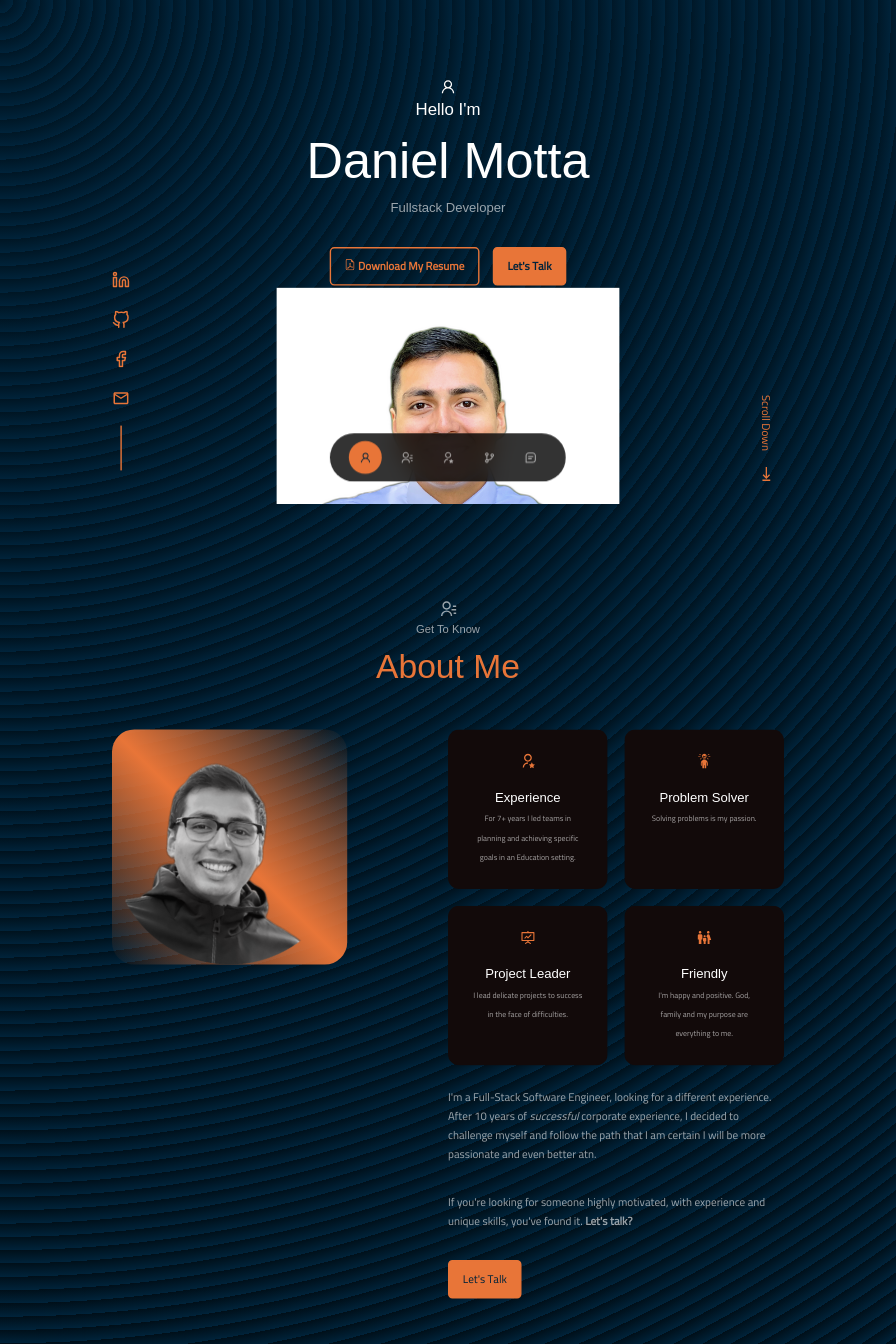
Repository: mottad14/dani_portfolio
Page: /
An editor plug-in stored every save of this project. The page is shown before and after the next save, followed by the edit.
The browser window is 1280 px wide. The pictures show the part of the page from y = 0 to 1920 px (the page is 5406 px tall), at 70% of full size.
The project was rebuilt for these pictures with package versions that can differ from the ones it lists, and the page was loaded fresh each time. Also part of the build but not shown: src/components/services/services.css, src/components/services/Services.jsx, src/components/testimonials/testimonials.css. Imported but missing from the stored project, and not drawn on this page: src/components/assets/cv.pdf.

Above is the page before, as saved 2022-08-17 14:44:02.

### src/index.css
@import url('https://fonts.googleapis.com/css2?family=Cairo&display=swap');

* {
  font-family: 'Cairo', sans-serif;
  margin: 0;
  padding: 0;
  border: 0;
  outline: 0;
  box-sizing: border-box;
  list-style: none;
  text-decoration: none;
}

:root {
  --color-bg: #00233A;
  --color-bg-variant: #120a0a;
  --color-primary: #E87538;
  --color-primary-variant: #ee9a6d;
  --color-white: #fff;
  --color-light: rgba(255, 255, 255, 0.6);

  --transition: all 400ms ease;

  --container-width-lg: 75%;
  --container-width-md: 86%;
  --container-width-sm: 90%;
}

html {
  scroll-behavior: smooth;
}

::-webkit-scrollbar {
  display: none;
}

body {
  font-family: 'Cairo', sans-serif;
  color: var(--color-white);
  line-height: 1.7;
  /* background: var(--color-bg);
  background-image: url(../src/assets/bg-texture.png); */
  /* background-color: #023047; */
  /* background-image: url("data:[embedded picture, 4668 characters]");
background-attachment: fixed;
background-size: cover; */
  /* background-color: #023047;
  background-image: url("data:[embedded picture, 4246 characters]");
  background-attachment: fixed;
  background-size: cover; */
  background-color: #00233a;
opacity: 1;
background-image:  repeating-radial-gradient( circle at 0 0, transparent 0, #00233a 19px ), repeating-linear-gradient( #00000055, #000000 );
}


/* ============== GENERAL STYLES ============== */
.container {
  width: var(--container-width-lg);
  margin: 0 auto;
}

h1,
h2,
h3,
h4,
h5 {
  font-weight: 500;
  font-family: 'gumelaregular', sans-serif;
}

h1 {
  font-size: 4.5rem;
}

section {
  margin-top: 8rem;
}

section>h2,
section>h4 {
  text-align: center;
  color: var(--color-light);
}

section>h2 {
  color: var(--color-primary);
  margin-bottom: 3rem;
  font-size: 3rem;
}

.text-light {
  color: var(--color-light);
}

a {
  color: var(--color-primary);
  transition: var(--transition);
}

a:hover {
  color: var(--color-white);
}

.btn {
  width: max-content;
  display: inline-block;
  color: var(--color-primary);
  padding: 0.75rem 1.2rem;
  border-radius: 0.4rem;
  cursor: pointer;
  border: 2px solid var(--color-primary);
  transition: var(--transition);
}

.btn:hover {
  background: var(--color-white);
  color: var(--color-bg);
  border-color: transparent;
}

.btn-primary {
  background: var(--color-primary);
  color: var(--color-bg);
}

img {
  display: block;
  width: 100%;
  object-fit: cover;
}

/* ================ MEDIA QUERIES (MEDIUM DEVICES) ================= */
@media screen and (max-width: 1024px) {
  .container {
    width: var(--container-width-md);
  }

  section {
    margin-top: 6rem;
  }
}

/* ================ MEDIA QUERIES (SMALL DEVICES) ================= */
@media screen and (max-width: 600px) {
  .container {
    width: var(--container-width-sm);
  }

  section>h2 {
    margin-bottom: 2rem;
  }
}

### src/components/header/Header.jsx
import React from 'react'
import './header.css'
import CTA from './CTA'
import ME from '../assets/eu-landgradientcrop.png'
import HeaderSocial from './HeaderSocials'
import {AiOutlineUser} from 'react-icons/ai'
import { CgPushRight } from 'react-icons/cg';

const Header = () => {
  return (
	    <header>
			<div className='container header__container'>
				<div className='header-name-wrapper'>
					<h2 style={{lineHeight:'0rem',fontSize:'1.5rem'}}><AiOutlineUser/></h2>
					<h2 className='hello'>Hello I'm</h2>
					<h1 className='myname'>Daniel Motta</h1>
					<h3 className='full-stack text-light'>Fullstack Developer</h3>
				</div>
				<CTA />
				<HeaderSocial />

				<div className='me'>
					<img src={ME} alt='me' />
				</div>

				<div className='scrolldownflex'>
					<a href='#contact' className='scroll__down'>
						<span>Scroll Down</span> <CgPushRight style={{fontSize: '1.4rem'}}/>
					</a>
				</div>
			</div>
		</header>
	);
}

export default Header

### src/components/nav/Nav.jsx
import React from 'react'
import './nav.css'
import {AiOutlineUser} from 'react-icons/ai'
import {RiContactsLine, RiUserStarLine} from 'react-icons/ri'
import {BiMessageSquareDetail, BiGitBranch, } from 'react-icons/bi'
import {useState} from 'react'

const Nav = () => {
  const [activeNav, setActiveNav] = useState('#')
  return (
    <nav>
      <a href="#" onClick={() => setActiveNav('#')} className={activeNav === '#' ? 'active' : ''}><AiOutlineUser/></a>
      <a href="#about" onClick={() => setActiveNav('#about')} className={activeNav === '#about' ? 'active' : ''}><RiContactsLine/></a>
      <a href="#experience" onClick={() => setActiveNav('#experience')} className={activeNav === '#experience' ? 'active' : ''}><RiUserStarLine/></a>
      <a href="#portfolio" onClick={() => setActiveNav('#portfolio')} className={activeNav === '#portfolio' ? 'active' : ''}><BiGitBranch/></a>
      <a href="#contact" onClick={() => setActiveNav('#contact')} className={activeNav === '#contact' ? 'active' : ''}><BiMessageSquareDetail/></a>
    </nav>
  )
}

export default Nav

### src/components/about/About.jsx
import React from 'react'
import './about.css'
import ME from '../assets/me-about2.png'
import {GiSmart, GiTeamUpgrade} from 'react-icons/gi'
import {RiUserStarLine,RiContactsLine} from 'react-icons/ri'
import {AiOutlineFundProjectionScreen} from 'react-icons/ai'
import {MdOutlineFamilyRestroom} from 'react-icons/md'

const About = () => {
  return (
    <section id='about'>
      <h2 style={ { lineHeight: '0rem', fontSize: '1.5rem', color: 'rgba(255, 255, 255, 0.6)', marginBottom: '0.2rem', paddingTop: '10px' } }><RiContactsLine/></h2>
      <h4>Get To Know</h4>
      <h2>About Me</h2>

      <div className="container about__container">
        <div className="about__me">
          <div className="about__me-image">
            <img src={ME} alt="About Image" />
          </div>
        </div>

        <div className="about__content">
          <div className="about__cards">
            <article className='about__card'>
              <RiUserStarLine className='about__icon'/>
              <h3>Experience</h3>
              <small> For 7+ years I led teams in planning and achieving specific goals in an Education setting.</small>
            </article>

            <article className='about__card'>
              <GiSmart className='about__icon'/>
              <h3>Problem Solver</h3>
              <small>Solving problems is my passion.</small>
            </article>

            <article className='about__card'>
              <AiOutlineFundProjectionScreen className='about__icon'/>
              <h3>Project Leader</h3>
              <small>I lead delicate projects to success in the face of difficulties.</small>
            </article>
            <article className='about__card'>
              <MdOutlineFamilyRestroom className='about__icon'/>
              <h3>Friendly</h3>
              <small>I'm happy and positive.  God, family and my purpose are everything to me.</small>
            </article>
          </div>

          <p>

          I'm a Full-Stack Software Engineer, looking for a different experience. After 10 years of <em>successful</em> corporate experience, I decided to challenge myself and follow the path that I am certain I will be more passionate and even better atn.
          </p>
          <p>
          If you're looking for someone highly motivated, with experience and unique skills, you've found it. <b>Let's talk?</b>
          </p>

          <a href="#contact" className='btn btn-primary'>Let's Talk</a>
        </div>
      </div>
    </section>
  )
}

export default About

### src/components/testimonials/Testimonials.jsx
import React from 'react'
import './testimonials.css'
//Import all the images here ()


import 'swiper/css';
import 'swiper/css/pagination'


const Testimonials = () => {
  return (
    <div>Testimonials</div>
  )
}

export default Testimonials

### src/components/contact/Contact.jsx
import React from 'react'
import './contact.css'
import {MdOutlineEmail} from 'react-icons/md'
import {RiMessengerLine, RiMailSendLine} from 'react-icons/ri'
import { BsWhatsapp } from 'react-icons/bs'
import {BiMessageSquareDetail} from 'react-icons/bi'
import { useRef } from 'react';
import emailjs from 'emailjs-com'

const Contact = () => {
  const form = useRef();

  const sendEmail = (e) => {
    e.preventDefault();

    emailjs.sendForm('danny_motta', 'template_4kgjp9o', form.current, 'gMA-AbSRzbGp9wdKM')

    e.target.reset()
  };

  return (
    <section id='contact'>
      <h2 style={{lineHeight:'0rem',fontSize:'1.5rem', color: 'rgba(255, 255, 255, 0.6)',marginBottom:'0.2rem',paddingTop:'10px'}}><BiMessageSquareDetail/></h2>
      <h4>Get In Touch</h4>
      <h2>Contact Me</h2>

      <div className="container contact__container">
        <div className="contact__options">
          <article className="contact__option">
            <MdOutlineEmail className='contact__option-icon'/>
            <h4>Email</h4>
            <h5>mottad14@gmail.com</h5>
            <a href="mailto:mottad14@gmail.com" target="_blank">Send a message</a>
          </article>
          <article className="contact__option">
            <RiMessengerLine className='contact__option-icon'/>
            <h4>Messenger</h4>
            <h5>Danny Motta</h5>
            <a href="https://m.me/mottad14" target="_blank">Send a message</a>
          </article>
          <article className="contact__option">
            <BsWhatsapp className='contact__option-icon'/>
            <h4>WhatsApp</h4>
            <h5></h5>
            <a href="https://api.whatsapp.com/send?phone=18479029049" target="_blank">Send a message</a>
          </article>
        </div>
        {/* END OF CONTACT OPTIONS */}
        <form ref={form} onSubmit={sendEmail}>
          <input type="text" name='name' placeholder='Your Full Name' required />
          <input type="email" name='email' placeholder='Your Email' required />
          <textarea name="message" rows="7" placeholder='Your Message' required ></textarea>
          <button type='submit' className='btn btn-primary'>Send Message <RiMailSendLine style={{fontSize:'1rem', verticalAlign: 'bottom', marginLeft:'8px'}}/></button>
        </form>
      </div>
    </section>
  )
}

export default Contact

### src/components/footer/Footer.jsx
import React from 'react'
import './footer.css'
import {FaFacebookF} from 'react-icons/fa'
import {FiInstagram} from 'react-icons/fi'
import {IoLogoTwitter} from 'react-icons/io'

const Footer = () => {
  return (
    <footer>
      <a href="#" className='footer__logo'>Daniel Motta</a>

      <ul className='permalinks'>
        <li><a href="#">Home</a></li>
        <li><a href="#about">About</a></li>
        <li><a href="#experience">Experience</a></li>
        <li><a href="#services">Services</a></li>
        <li><a href="#portfolio">Portfolio</a></li>
        <li><a href="#testimonials">Testimonials</a></li>
        <li><a href="#contact">Contact</a></li>
      </ul>

      <div className="footer__socials">
        <a href="https://facebook.com"><FaFacebookF/></a>
        <a href="https://instagram.com"><FiInstagram/></a>
        <a href="https://twitter.com"><IoLogoTwitter/></a>
      </div>

    </footer>
  )
}

export default Footer

### src/components/header/header.css
header {
  height: 100vh;
  padding-top: 7rem;
  overflow: hidden;
}

.header__container {
  text-align: center;
  height: 100%;
  position: relative;
}

h2.hello {
  /* opacity: 0.75; */
  margin-bottom: 0rem;
}

h1.myname {
  line-height: 6.5rem;
}
/* =============== CTA - Call To Action  ============== */
.cta {
  margin-top: 2.5rem;
  display: flex;
  gap: 1.2rem;
  justify-content: center;
  font-weight: 700;
}

/* =============== HEADER SOCIALS ============== */
.header__socials {
  display: flex;
  flex-direction: column;
  align-items: center;
  gap: 0.8rem;
  position: absolute;
  left: 0;
  bottom: 3rem;
}
.header__socials a {
  font-size: 1.6rem;
  transition: all ease-out 1s;
}

/* =============== HEADER SOCIALS: HOVER ============== */
.header__socials a:hover {
  transform: scale(1.2);
  transition: all ease 0.2s;
}

.header__socials::after {
  content: "";
  width: 2px;
    height: 4rem;
  background: var(--color-primary);
}

/* =============== ME ============== */
.me {
  background: linear-gradient(var(--color-primary), transparent);
  width: 21rem;
  height: 25rem;
  position: absolute;
  left: 50%;
  transform: translateX(-50%);
  margin-top: 6.5rem;
  border-radius: 12rem 12rem 0 0;
  /* overflow: hidden; */
  overflow-y: visible;
  padding: 0rem 1.5rem 1.5rem 1.5rem;
}

/* =============== ME: IMG ============== */

.me img{
  transform: scale(1.7);
}
.me img:after {
  content: "";
  width: 100px;
  height: 50px;
  position: absolute;
  top: 0;
  right: 0;
  background: linear-gradient(90deg, rgba(255,255,255,0), rgba(255,255,255,1));
}

/* =============== SCROLL DOWN ============== */
.scroll__down {
  position: absolute;
  right: -2.3rem;
  bottom: 5rem;
  transform: rotate(90deg);
  font-weight: 300;
  font-size: 1rem;
}
.scrolldownflex a {
  transition: all ease-out 1s;
  transform: rotate(90deg);
  display: flex;
  justify-content: space-between;
  align-items: center;
  gap: 1.4rem;
}

.scrolldownflex a:hover{
  transform: scale(1.1);
  transform: rotate(90deg) scale(1.05);
  transition: all ease-out .2s;
}

/* ================ MEDIA QUERIES (MEDIUM DEVICES) ================= */
@media screen and (max-width: 1024px) {
  header {
    height: 68vh;
  }
}

/* ================ MEDIA QUERIES (SMALL DEVICES) ================= */
@media screen and (max-width: 600px) {
  header {
    height: 94vh;
    /* added after tutorial */
    padding-top: 4rem;
  }

  .header__socials,
  .scroll__down, .scrolldownflex {
    display: none;
  }

  /* added after tutorial */
  .me {
    width: 94%;
    max-width: 18rem;
    margin-top: 4rem;
    justify-content: center;
  }
  h1.myname {
    line-height: 4.3rem;
  }

  /* added after tutorial */
  .cta {
    margin-top: 1.7rem;
    gap: 1rem;
  }
}

### src/components/header/CTA.jsx
import React from 'react'
import CV from '../assets/cv.pdf'
import {BsFileEarmarkPdf} from 'react-icons/bs'

const CTA = () => {
  return (
    <div className='cta'>
        <a href={CV} download className='btn cv-span'><span className='cv-icon'><BsFileEarmarkPdf/></span> <span>Download My Resume</span></a>
        <a href="#contact" className='btn btn-primary'>Let's Talk</a>
    </div>
  )
}

export default CTA

### src/components/header/HeaderSocials.jsx
import React from 'react'
import {MdOutlineEmail} from 'react-icons/md'
import {FiFacebook,FiLinkedin,FiGithub} from 'react-icons/fi'

const HeaderSocials = () => {
  return (
    <div className='header__socials'>
        <a href="https://www.linkedin.com/in/mottad14/" target="_blank"><FiLinkedin/></a>
        <a href="https://github.com/mottad14" target="_blank"><FiGithub/></a>
        <a href="https://www.facebook.com/mottad14" target="_blank"><FiFacebook/></a>
        <a href="#contact"><MdOutlineEmail/></a>
    </div>
  )
}

export default HeaderSocials

### src/components/nav/nav.css
nav {
  background: rgba(0, 0, 0, 0.8);
  width: max-content;
  display: block;
  padding: 0.7rem 1.7rem;
  z-index: 2;
  position: fixed;
  left: 50%;
  transform: translateX(-50%);
  bottom: 2rem;
  display: flex;
  gap: 0.8rem;
  border-radius: 3rem;
  backdrop-filter: blur(15px);
}

nav a {
  background: transparent;
  padding: 0.9rem;
  border-radius: 50%;
  display: flex;
  color: var(--color-light);
  font-size: 1.1rem;
}

nav a:hover {
  background: rgba(0, 0, 0, 0.3);
}

nav a.active {
  background: var(--color-primary);
  color: var(--color-bg);
}

### src/components/about/about.css
.about__container {
  display: grid;
  grid-template-columns: 35% 50%;
  gap: 15%;
}

.about__me {
  width: 100%;
  aspect-ratio: 1/1;
  border-radius: 2rem;
  background: linear-gradient(45deg,
      transparent,
      var(--color-primary),
      transparent);
  display: grid;
  place-items: center;
}

.about__me-image {
  border-radius: 2rem;
  overflow: hidden;
  transform: rotate(10deg);
  transition: var(--transition);
}

.about__me-image:hover {
  transform: rotate(-2deg);
}

.about__cards {
  display: grid;
  grid-template-columns: repeat(2, 1fr);
  gap: 1.5rem;
}

.about__card {
  background: var(--color-bg-variant);
  border: 2px solid transparent;
  border-radius: 1rem;
  padding: 2rem;
  text-align: center;
  transition: var(--transition);
}

.about__card:hover {
  background: #00000070;
  border-color: var(--color-primary-variant);
  cursor: default;
}

.about__icon {
  color: var(--color-primary);
  font-size: 1.4rem;
  margin-bottom: 1rem;
}

.about__card h5 {
  font-size: 0.95rem;
}

.about__card small {
  font-size: 0.7rem;
  color: var(--color-light);
}

.about__content p {
  margin: 2rem 0 2.6rem;
  color: var(--color-light);
}

/* ================ MEDIA QUERIES (MEDIUM DEVICES) ================= */
@media screen and (max-width: 1024px) {
  .about__container {
    grid-template-columns: 1fr;
    gap: 0;
  }

  .about__me {
    width: 50%;
    margin: 2rem auto 4rem;
  }

  .about__content p {
    margin: 1rem 0 1.5rem;
  }
}

/* ================ MEDIA QUERIES (SMALL DEVICES) ================= */
@media screen and (max-width: 600px) {
  .about__me {
    width: 65%;
    margin: 0 auto 3rem;
  }

  .about__cards {
    grid-template-columns: 1fr 1fr;
    gap: 1rem;
  }

  .about__content {
    text-align: center;
  }

  .about__content p {
    margin: 1.5rem 0;
  }
}

### src/components/experience/experience.css
.experience__container {
  display: grid;
  grid-template-columns: 1fr 1fr;
  gap: 2rem;
}

.experience__container > div {
  background: var(--color-bg-variant);
  padding: 2.4rem 5rem;
  border-radius: 2rem;
  border: 1px solid transparent;
  transition: var(--transition);
}

.experience__container > div:hover {
  background: #00000070;
  border-color: var(--color-primary-variant);
  cursor: default;
}

.experience__container > div h3 {
  text-align: center;
  margin-bottom: 2rem;
  color: var(--color-primary);
}

.experience__content {
  display: grid;
  grid-template-columns: 1fr 1fr;
  row-gap: 2rem;
}

.experience__details {
  display: flex;
  gap: 1rem;
}

.experience__details-icon {
  margin-top: 6px;
  color: var(--color-primary);
}

/* ================ MEDIA QUERIES (MEDIUM DEVICES) ================= */
@media screen and (max-width: 1024px) {
  .experience__container {
    grid-template-columns: 1fr;
  }

  .experience__container > div {
    width: 80%;
    padding: 2rem;
    margin: 0 auto;
  }

  .experience__content {
    padding: 1rem;
  }
}

/* ================ MEDIA QUERIES (SMALL DEVICES) ================= */
@media screen and (max-width: 600px) {
  .experience__container {
    gap: 1rem;
  }

  .experience__container > div {
    width: 100%;
    padding: 2rem 1rem;
  }
}

### src/components/portfolio/portfolio.css
.portfolio__container {
  display: grid;
  grid-template-columns: repeat(3, 1fr);
  gap: 2.5rem;
}

.portfolio__item {
  background: var(--color-bg-variant);
  padding: 1.2rem;
  border-radius: 2rem;
  border: 2px solid transparent;
  transition: var(--transition);
}

.portfolio__item:hover {
  border-color: var(--color-primary-variant);
  background: #00000070;
}

.portfolio__item-image {
  border-radius: 1.5rem;
  overflow: hidden;
  aspect-ratio: 9/6;
}

.portfolio__item h3 {
  margin: 1.2rem 0 2rem;
}

.portfolio__item-cta {
  display: flex;
  gap: 1rem;
  margin-bottom: 1rem;
}

/* ================ MEDIA QUERIES (MEDIUM DEVICES) ================= */
@media screen and (max-width: 1024px) {
  .portfolio__container {
    grid-template-columns: 1fr 1fr;
    gap: 1.2rem;
  }
}

/* ================ MEDIA QUERIES (SMALL DEVICES) ================= */
@media screen and (max-width: 600px) {
  .portfolio__container {
    grid-template-columns: 1fr;
    gap: 1rem;
  }
}

### src/components/contact/contact.css
.container.contact__container {
  width: 58%;
  display: grid;
  grid-template-columns: 30% 58%;
  gap: 12%;
}

.contact__options {
  display: flex;
  flex-direction: column;
  gap: 1.2rem;
}

.contact__option {
  background: var(--color-bg-variant);
  padding: 1.2rem;
  border-radius: 1.2rem;
  text-align: center;
  border: 2px solid transparent;
  transition: var(--transition);
}

.contact__option:hover {
  background: #00000070;
  border-color: var(--color-primary-variant);
}

.contact__option-icon {
  font-size: 1.5rem;
  margin-bottom: 0.5rem;
}

.contact__option h5 {
  color: var(--color-light);
}

.contact__option a {
  margin-top: 0.7rem;
  display: inline-block;
  font-size: 0.8rem;
}

/* ================= FORM ================== */
form {
  display: flex;
  flex-direction: column;
  gap: 1.2rem;
}

input,
textarea {
  width: 100%;
  padding: 1.5rem;
  border-radius: 0.5rem;
  background: transparent;
  border: 2px solid var(--color-primary-variant);
  resize: none;
  color: var(--color-white);
  font-size: 1rem;
}
/* INput text area place holder*/
input::placeholder,
textarea::placeholder {
  color: var(--color-primary-variant);
}

/* ================ MEDIA QUERIES (MEDIUM DEVICES) ================= */
@media screen and (max-width: 1024px) {
  .container.contact__container {
    grid-template-columns: 1fr;
    gap: 2rem;
  }
}

/* ================ MEDIA QUERIES (SMALL DEVICES) ================= */
@media screen and (max-width: 600px) {
  .container.contact__container {
    width: var(--container-width-sm);
  }
}

### src/components/footer/footer.css
footer{
    background: var(--color-primary);
    padding: 3rem 0;
    text-align: center;
    font-size: 0.9rem;
    margin-top: 7rem;
}

footer a {
    color: var(--color-bg);

}

.footer__logo{
    font-size: 2rem;
    font-weight: 500;
    margin-bottom: 2rem;
    display: inline-block;
}

.permalinks {
    display: flex;
    flex-wrap: wrap;
    justify-content: center;
    gap: 2rem;
    margin: 0 auto 3rem;
}

.footer__socials {
    display: flex;
    justify-content: center;
    gap: 1rem;
    margin-bottom: 4rem;
}

.footer__socials a {
    background: var(--color-bg);
    color: var(--color-white);
    padding: 0.8rem;
    border-radius: 0.7rem;
    display: flex;
    border: 1px solid transparent;
}

.footer__socials a:hover {
    background-color: transparent;
    color: var(--color-bg);
    border-color: var(--color-bg);
}




/* ================ MEDIA QUERIES (SMALL DEVICES) ================= */
@media screen and (max-width: 600px) {

    .permalinks{
        flex-direction: column;
        gap: 1.5rem;
    }

    .footer__socials{
        margin-bottom: 2.6rem;
    }

}

Loaded but not shown: src/index.js (common file); src/App.js (29 lines, source omitted); src/components/experience/Experience.jsx (144 lines, source omitted); src/components/portfolio/Portfolio.jsx (106 lines, source omitted)

After the next save:
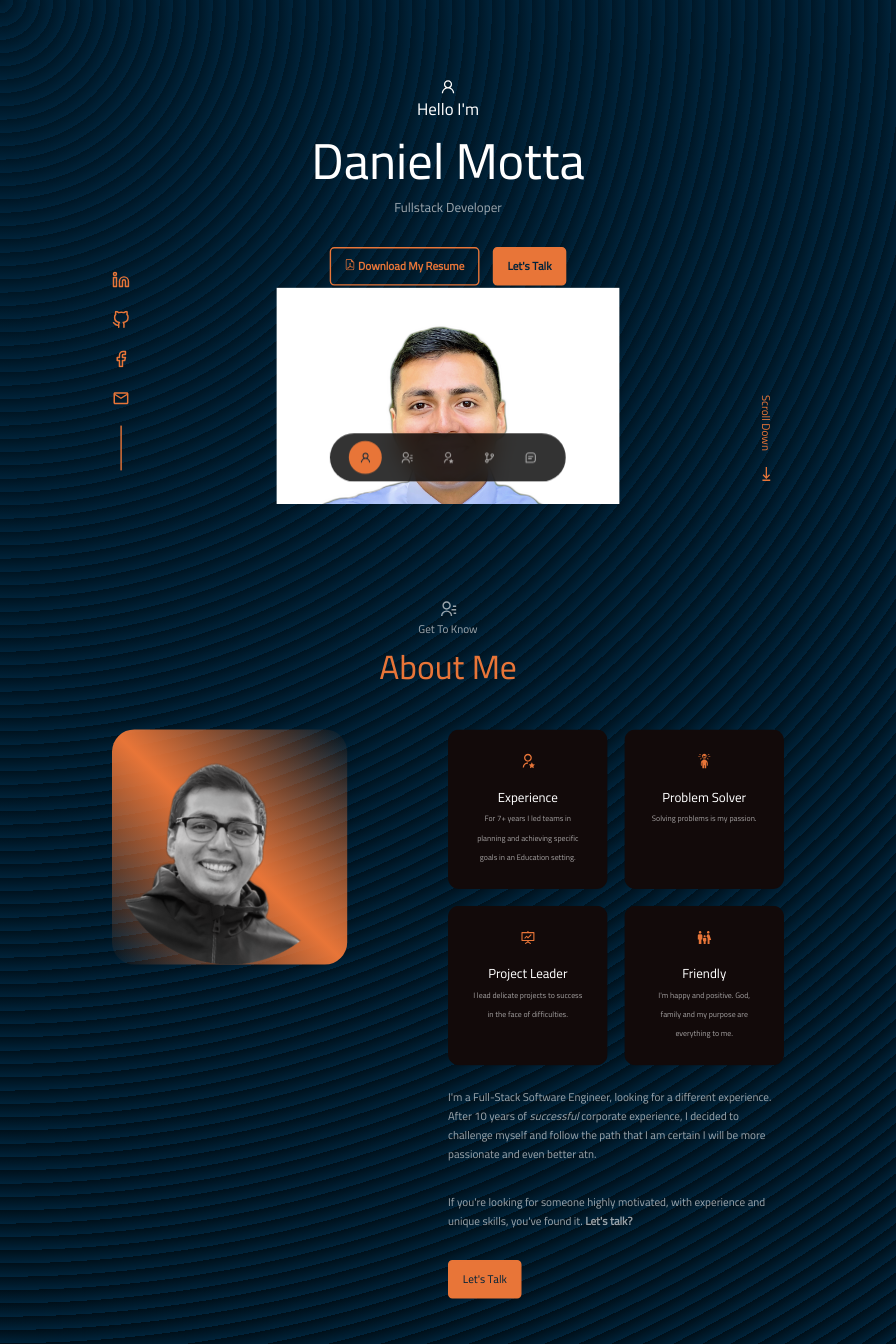
Saved 43 s later.
--- a/src/index.css
+++ b/src/index.css
@@ -48,7 +48,7 @@ background-size: cover; */
   background-image: url("data:[embedded picture, 4246 characters]");
   background-attachment: fixed;
   background-size: cover; */
-  background-color: #00233a;
+background-color: #00233a;
 opacity: 1;
 background-image:  repeating-radial-gradient( circle at 0 0, transparent 0, #00233a 19px ), repeating-linear-gradient( #00000055, #000000 );
 }
@@ -66,7 +66,7 @@ h3,
 h4,
 h5 {
   font-weight: 500;
-  font-family: 'gumelaregular', sans-serif;
+  font-family: 'Cairo', sans-serif;
 }
 
 h1 {
